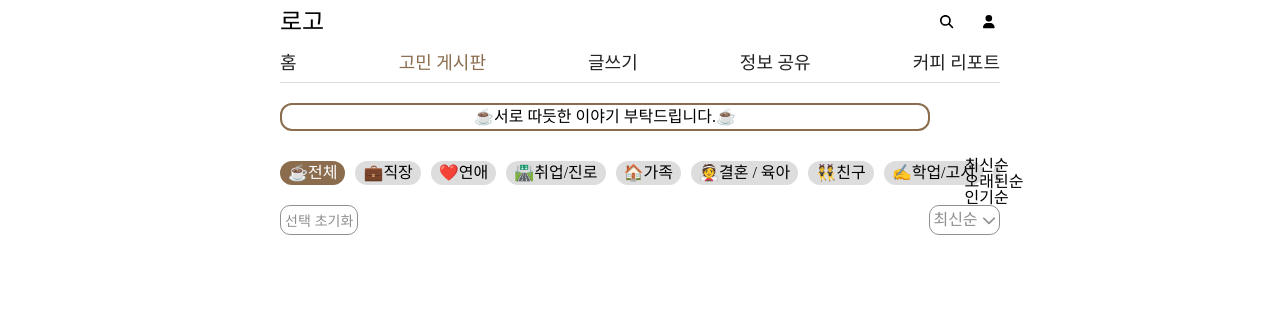
Repository: zlazlazla35/coffee
Page: /list
The author's editor kept a copy of each file at every save. The page is drawn from the files as they stood at one save, then again after the next save.
The browser window is 1280 px wide. The pictures show the whole page.
Some web fonts or font styles are not loaded; a fallback is used. The project was rebuilt for these pictures with package versions that can differ from the ones it lists, and the page was loaded fresh each time. The framework's server and built-in components were replaced by stand-ins that run in the browser. Also part of the build but not shown: next.config.mjs.

Above is the page before, as saved 2024-12-26 18:31:22.

After the next save:
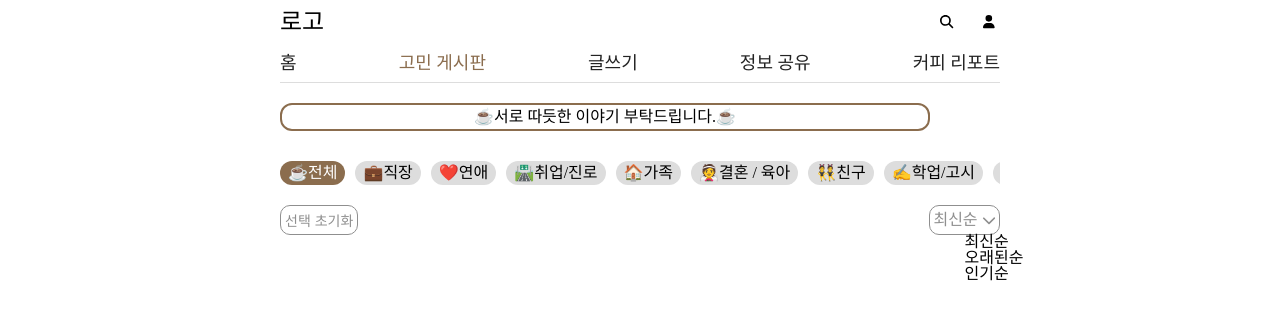
Saved 4 s later.
--- a/src/app/globals.css
+++ b/src/app/globals.css
@@ -80,6 +80,6 @@ a {text-decoration: none; color: inherit;}
 .liset_page .filterBox .filterSelectBox {display: flex; position: relative; border: 1px solid #8f8f8f; border-radius: 10px; width: 100%; max-width: 69px; height: 28px; align-items: center; justify-content: center; margin: 20px 0;}
 .liset_page .filterBox .filterSelectBox .title {font-size: 16px; color: #8f8f8f;}
 .liset_page .filterBox .filterSelectBox .title svg {font-size: 14px; margin-left: 4px;}
-.liset_page .filterBox .filterSelectBox .filterSelect {position: absolute; left: 50%; bottom: 28px; width: 100%;}
+.liset_page .filterBox .filterSelectBox .filterSelect {position: absolute; left: 50%; top: 28px; width: 100%;}
 
 .liset_page .filterBox .tag_reset{display: inline-block; box-sizing: border-box; padding: 4px; border: 1px solid #8f8f8f; background: none; color: #8f8f8f; font-size: 14px; border-radius: 10px;}
